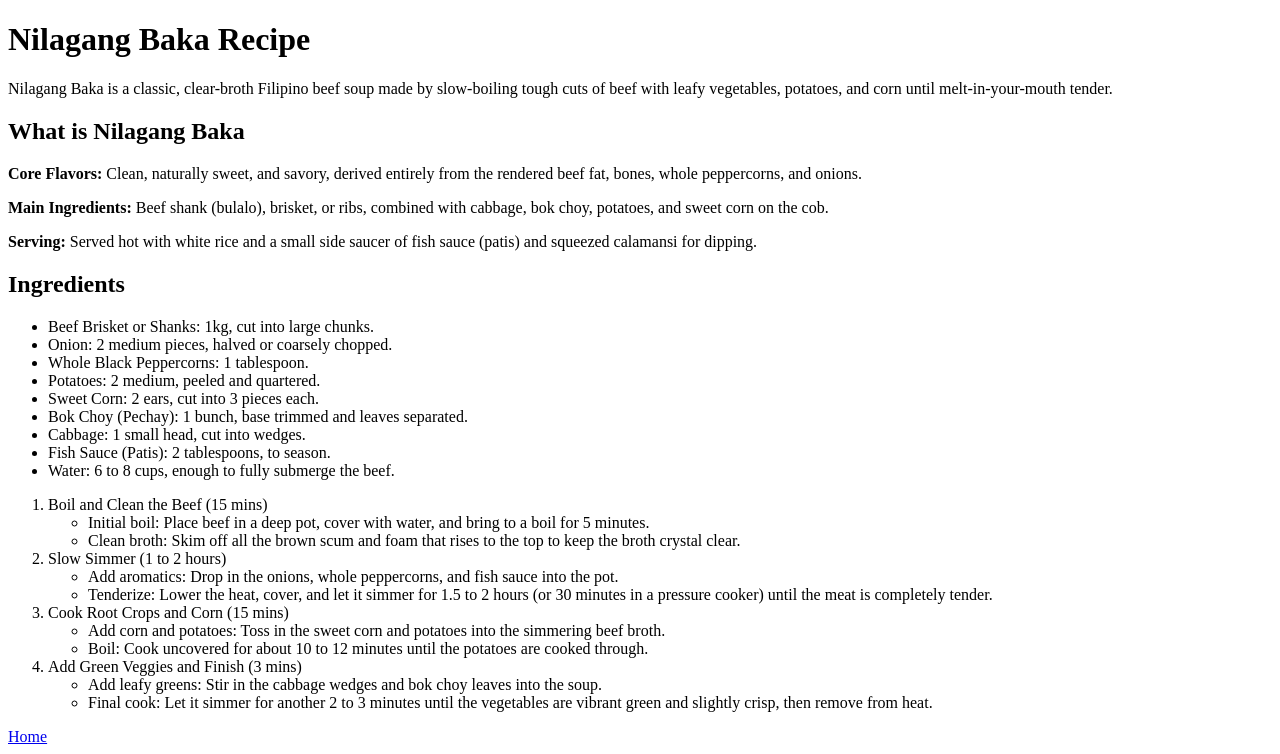
Repository: StevePrado/odin-recipes
Page: recipes/nilagang-baka.html
An editor plug-in stored every save of this project. The page is shown before and after the next save, followed by the edit.
The browser window is 1280 px wide. The pictures show the whole page.

Above is the page before, as saved 2026-09-19 09:21:41.

After the next save:
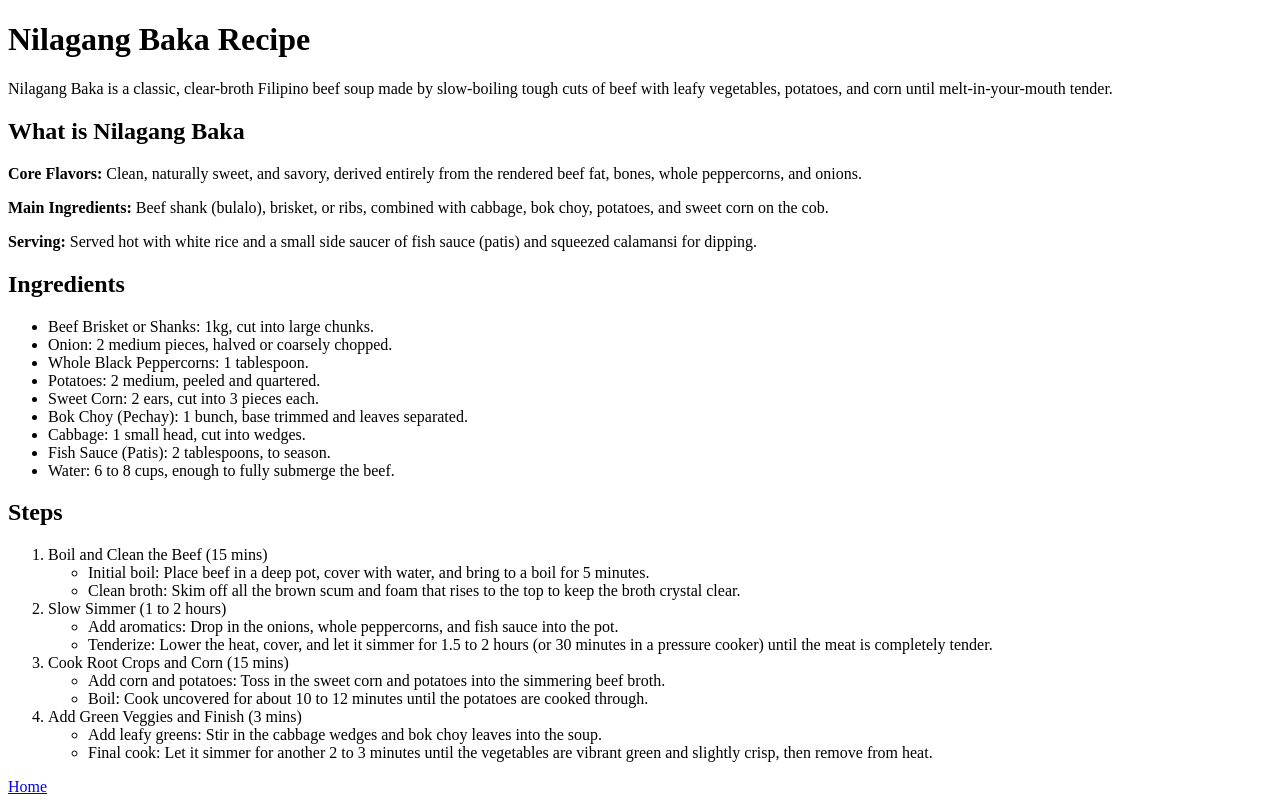
Saved 113 s later.
--- a/recipes/nilagang-baka.html
+++ b/recipes/nilagang-baka.html
@@ -35,6 +35,8 @@
     <li>Water: 6 to 8 cups, enough to fully submerge the beef.</li>
   </ul>
 
+  <h2><b>Steps</b></h2>
+
   <ol>
     <li>Boil and Clean the Beef (15 mins)</li>
       <ul>
